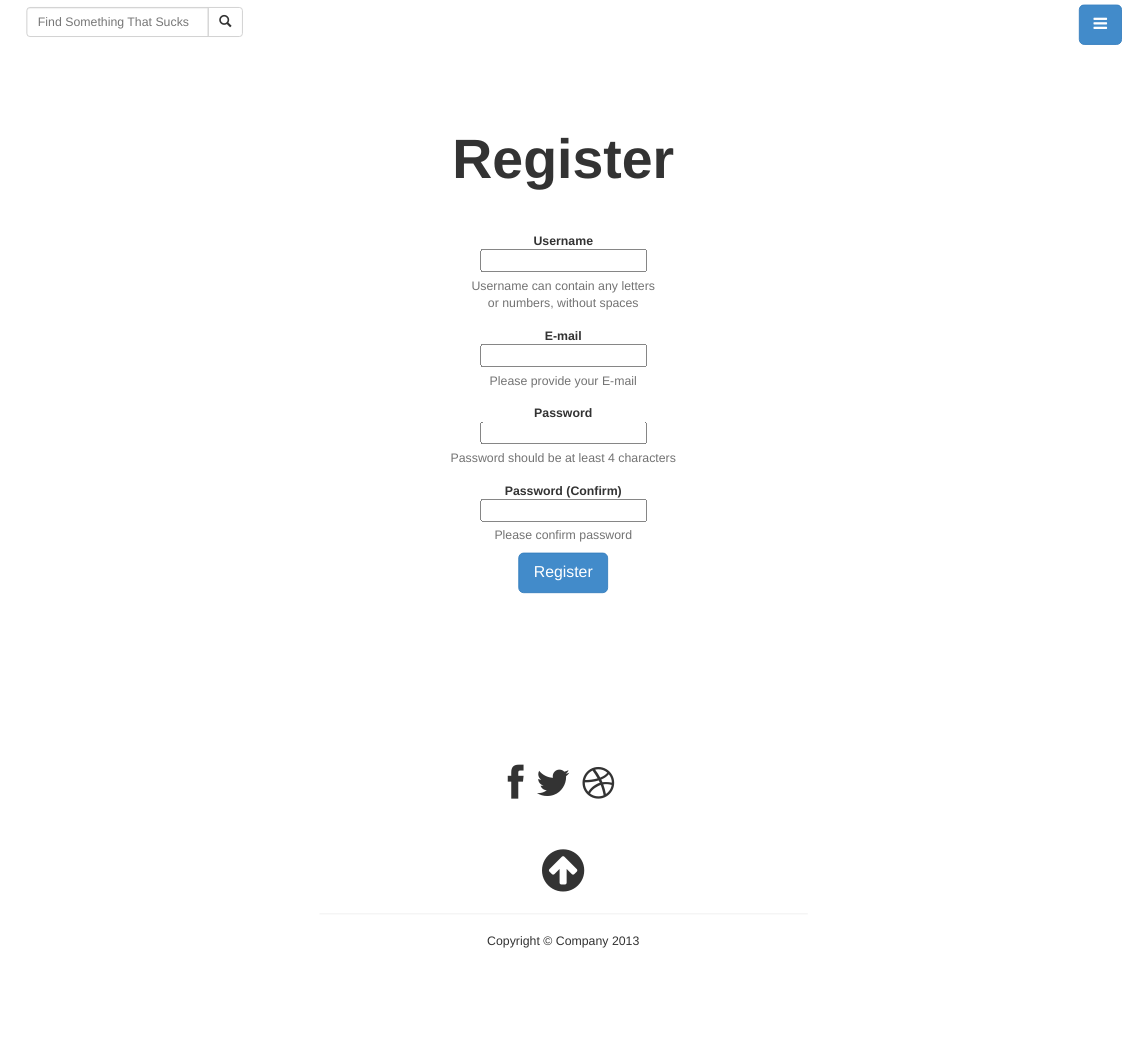
Repository: rajisreehari/sr
Page: http://localhost/SRWeb/WEB-INF/views/sr/register.jsp
These files come from the project's save history. The page is drawn as it stood at one moment and after a run of saves; the edit follows.
The browser window is 1280 px wide. The pictures show the whole page, at 88% of full size.
Backgrounds fixed to the window are drawn as part of the page. The page is served by Tomcat 9. Nobody is signed in. Other server files are loaded and not shown. The template is opened directly, without the code that normally fills it, so the values that code supplies are empty.

Above is the page before, as saved 2014-07-16 00:39:37.

### SRWeb/WebContent/WEB-INF/views/sr/register.jsp
<jsp:include page="../common/head.jsp" />
    <!-- Full Page Image Header Area -->
    <div id="top" class="header">
        <div class="vert-text">
            <h1>Register</h1>
<!-- START FROM -->
<br><br>
<form class="form-horizontal" action='' method="POST">
  <fieldset>
    <div class="control-group">
      <!-- Username -->
      <label class="control-label"  for="username">Username</label>
      <div class="controls">
        <input type="text" id="username" name="username" placeholder="" class="input-xlarge">
        <p class="help-block">Username can contain any letters<br> or numbers, without spaces</p>
      </div>
    </div>

    <div class="control-group">
      <!-- E-mail -->
      <label class="control-label" for="email">E-mail</label>
      <div class="controls">
        <input type="text" id="email" name="email" placeholder="" class="input-xlarge">
        <p class="help-block">Please provide your E-mail</p>
      </div>
    </div>

    <div class="control-group">
      <!-- Password-->
      <label class="control-label" for="password">Password</label>
      <div class="controls">
        <input type="password" id="password" name="password" placeholder="" class="input-xlarge">
        <p class="help-block">Password should be at least 4 characters</p>
      </div>
    </div>

    <div class="control-group">
      <!-- Password -->
      <label class="control-label"  for="password_confirm">Password (Confirm)</label>
      <div class="controls">
        <input type="password" id="password_confirm" name="password_confirm" placeholder="" class="input-xlarge">
        <p class="help-block">Please confirm password</p>
      </div>
    </div>


    <div class="control-group">
      <!-- Button -->
      <div class="controls">
        <button class="btn btn-lg btn-primary">Register</button>
      </div>
    </div>
  </fieldset>

<!-- END FORM -->
        </div>
    </div>
    <!-- /Full Page Image Header Area -->

<jsp:include page="../common/footer.jsp" />

### SRWeb/WebContent/WEB-INF/views/common/head.jsp
<%@ taglib prefix="c" uri="http://java.sun.com/jsp/jstl/core" %>

<!DOCTYPE html>
<html lang="en">

<head>
    <meta charset="utf-8">
    <meta name="viewport" content="width=device-width, initial-scale=1.0">
    <meta name="description" content="">
    <meta name="author" content="">


    <title>Suck Rate</title>

    <!-- Bootstrap core CSS -->
    <link href="<c:url value='/static/css/bootstrap.css'/>" rel="stylesheet">



    <!-- Add custom CSS here -->
    <link href="<c:url value='/static/css/stylish-portfolio.css'/>" rel="stylesheet">
    <link href="<c:url value='/static/font-awesome/css/font-awesome.min.css'/>" rel="stylesheet">
</head>

<body>
<jsp:include page="../common/sidemenu.jsp" />

### SRWeb/WebContent/WEB-INF/views/common/sidemenu.jsp
<%@ taglib prefix="c" uri="http://java.sun.com/jsp/jstl/core" %>

<style>
#myCoolDiv{width: 100px;
              height: 50px;
              min-width: 960px;
              background: red;
}

</style>
    <!-- Side Menu -->
    <a id="menu-toggle" href="#" class="btn btn-primary btn-lg toggle"><i class="fa fa-bars"></i></a>
    <div id="sidebar-wrapper">
        <ul class="sidebar-nav">
            <a id="menu-close" href="#" class="btn btn-default btn-lg pull-right toggle"><i class="fa fa-times"></i></a>
            <li class="sidebar-brand"><a href="<c:url value='/home'/>">Suck Rate</a></li>
            <li><a href="#register"><a href="<c:url value='/register'/>">Register To Suck</a></li>
            <li><a href="#services">Find Suck Rate</a></li>
            <li><a href="#portfolio">Suck Something</a></li>
            <li><a href="#top">Home</a></li>
            <li><a href="#about">About</a></li>
            <li><a href="#contact">Contact</a></li>
        </ul>
    </div>
    <div id="#myCoolDiv" class="col-sm-3 col-md-3 pull-left">
            <form class="navbar-form" role="search">
                <div class="input-group">
                    <input type="text" class="form-control" placeholder="Find Something That Sucks" name="q">
                    <div class="input-group-btn">
                        <button class="btn btn-default" type="submit"><i class="glyphicon glyphicon-search"></i></button>
                    </div>
                </div>
            </form>
        </div>
    <!-- /Side Menu -->

### SRWeb/WebContent/static/css/stylish-portfolio.css
/* Global Styles */

html,
body {
  height: 100%;
  width: 100%;
}

.vert-text {
  display: table-cell;
  vertical-align: middle;
  text-align: center;
}

.vert-text h1 {
  padding: 0;
  margin: 0;
  font-size: 4.5em;
  font-weight: 700;
}

/* Side Menu */

#sidebar-wrapper {
  margin-right: -250px;
  right: 0;
  width: 250px;
  background: #000;
  position: fixed;
  height: 100%;
  overflow-y: auto;
  z-index: 1000;
  -webkit-transition: all 0.4s ease 0s;
  -moz-transition: all 0.4s ease 0s;
  -ms-transition: all 0.4s ease 0s;
  -o-transition: all 0.4s ease 0s;
  transition: all 0.4s ease 0s;
}

.sidebar-nav {
  position: absolute;
  top: 0;
  width: 250px;
  list-style: none;
  margin: 0;
  padding: 0;
}

.sidebar-nav li {
  line-height: 40px;
  text-indent: 20px;
}

.sidebar-nav li a {
  color: #999999;
  display: block;
  text-decoration: none;
}

.sidebar-nav li a:hover {
  color: #fff;
  background: rgba(255,255,255,0.2);
  text-decoration: none;
}

.sidebar-nav li a:active,
.sidebar-nav li a:focus {
  text-decoration: none;
}

.sidebar-nav > .sidebar-brand {
  height: 55px;
  line-height: 55px;
  font-size: 18px;
}

.sidebar-nav > .sidebar-brand a {
  color: #999999;
}

.sidebar-nav > .sidebar-brand a:hover {
  color: #fff;
  background: none;
}

#menu-toggle {
  top: 0;
  right: 0;
  position: fixed;
  z-index: 1;
}

#sidebar-wrapper.active {
  right: 250px;
  width: 250px;
  -webkit-transition: all 0.4s ease 0s;
  -moz-transition: all 0.4s ease 0s;
  -ms-transition: all 0.4s ease 0s;
  -o-transition: all 0.4s ease 0s;
  transition: all 0.4s ease 0s;
}

.toggle {
  margin: 5px 5px 0 0;
}

/* Full Page Image Header Area */

.header {
  display: table;
  height: 100%;
  width: 100%;
  position: relative;
  background: url(../img/bg.jpg) no-repeat center center fixed;
  -webkit-background-size: cover;
  -moz-background-size: cover;
  -o-background-size: cover;
  background-size: cover;
}

/* Intro */

.intro {
  padding: 50px 0;
}

/* Services */

.services {
  background: #7fbbda;
  padding: 50px 0;
  color: #ffffff;
}

.service-item {
  margin-bottom: 15px;
}

i.service-icon {
  border: 3px solid #ffffff;
  border-radius: 50%;
  display: inline-block;
  font-size: 56px;
  width: 140px;
  height: 140px;
  line-height: 136px;
  vertical-align: middle;
  text-align: center;
}

/* Callout */

.callout {
  color: #ffffff;
  display: table;
  height: 400px;
  width: 100%;
  background: url(../img/callout.jpg) no-repeat center center fixed;
  -webkit-background-size: cover;
  -moz-background-size: cover;
  -o-background-size: cover;
  background-size: cover;
}

/* Portfolio */

.portfolio {
  padding: 50px 0;
}

.portfolio-item {
  margin-bottom: 25px;
}

.img-portfolio {
  margin: 0 auto;
}


/* Call to Action */

.call-to-action {
  color: #ffffff;
  background: #0a5175;
  padding: 50px 0;
}

.call-to-action .btn {
  margin: 10px;
}

/* Map */

.map {
  height: 500px;
}

/* Footer */

footer {
  padding: 100px 0;
}

.top-scroll {
  margin-top: 50px;
}

.top-scroll a {
  text-decoration: none;
  color: inherit;
}

i.scroll {
  color: #333333;
}

i.scroll:hover {
  color: #0a5175;
}
/* Responsive */

@media (max-width: 768px) {

  .header {
	background: url(../img/bg.jpg) no-repeat center center scroll;
  }

  .callout {
	background: url(../img/callout.jpg) no-repeat center center scroll;
  }

  .map {
	height: 75%;
  }

}

Loaded but not shown: SRWeb/WebContent/WEB-INF/views/common/footer.jsp (common file); SRWeb/WebContent/static/css/bootstrap.css (library); SRWeb/WebContent/static/font-awesome/css/font-awesome.min.css (library); SRWeb/WebContent/static/js/jquery-1.11.1.min.js (library); SRWeb/WebContent/static/js/bootstrap.min.js (library)

After the next 2 saves:
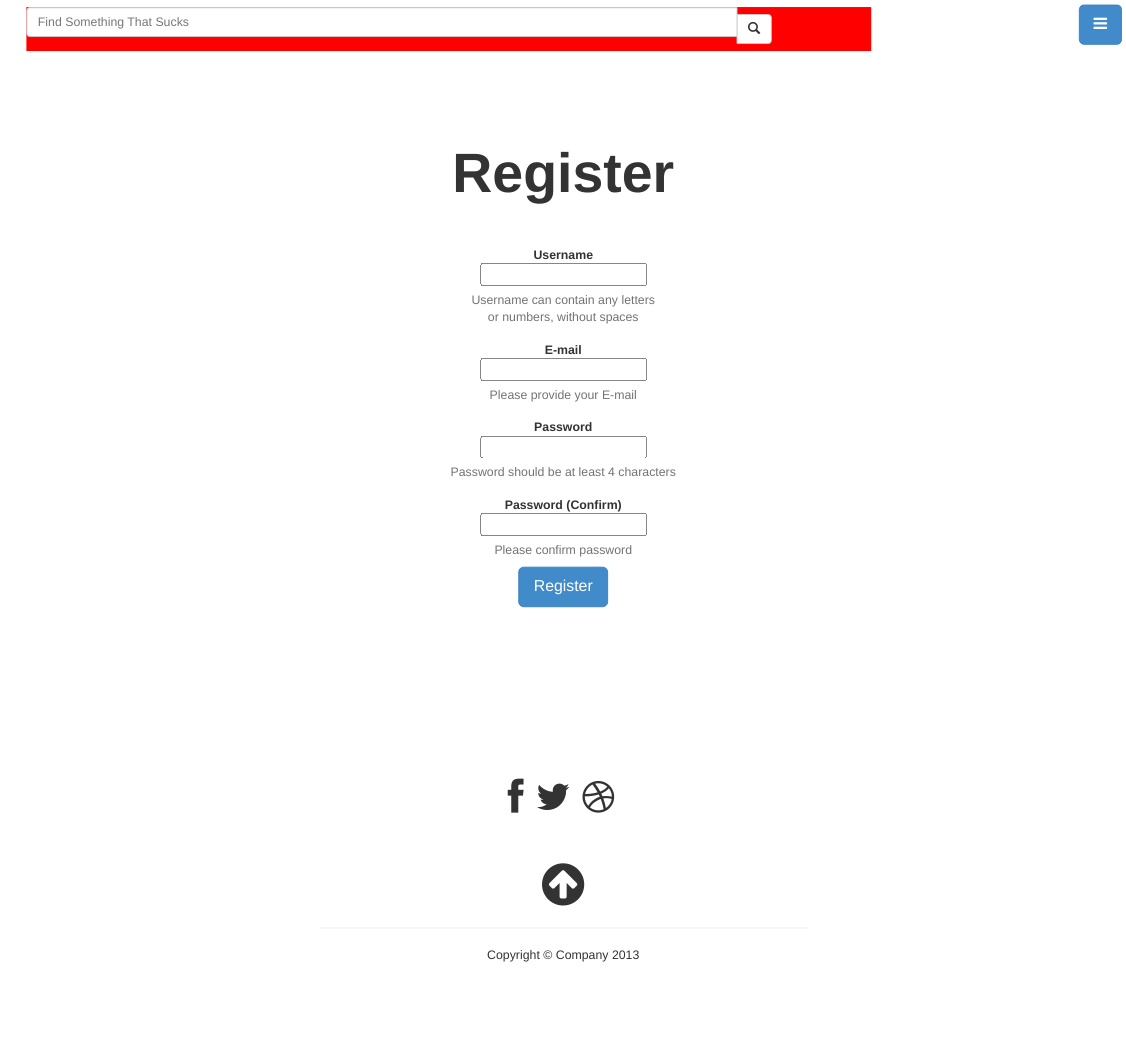
The 2 saves are shown as one change because they came seconds apart.
The last was saved 21 s later.
--- a/SRWeb/WebContent/WEB-INF/views/common/sidemenu.jsp
+++ b/SRWeb/WebContent/WEB-INF/views/common/sidemenu.jsp
@@ -22,9 +22,9 @@
             <li><a href="#contact">Contact</a></li>
         </ul>
     </div>
-    <div id="#myCoolDiv" class="col-sm-3 col-md-3 pull-left">
+    <div class="col-sm-3 col-md-3 pull-left">
             <form class="navbar-form" role="search">
-                <div class="input-group">
+                <div id="myCoolDiv" class="input-group">
                     <input type="text" class="form-control" placeholder="Find Something That Sucks" name="q">
                     <div class="input-group-btn">
                         <button class="btn btn-default" type="submit"><i class="glyphicon glyphicon-search"></i></button>
